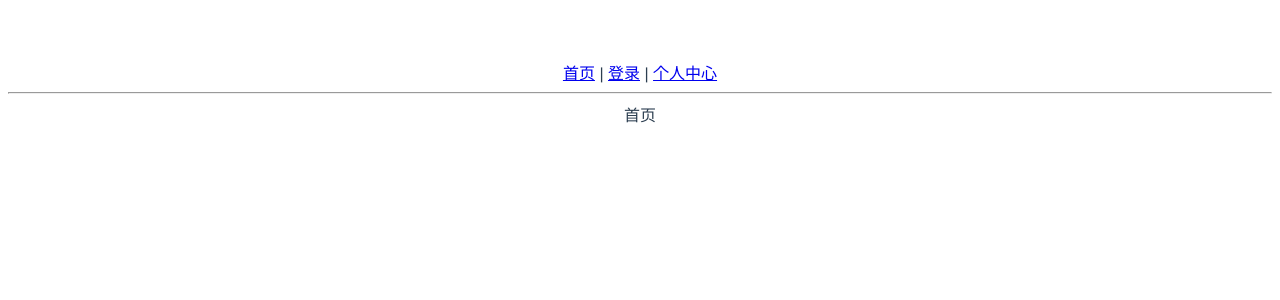
Repository: Susa3n/vue_routerLesson
Page: /
The author's editor kept a copy of each file at every save. The page is drawn from the files as they stood at one save, then again after the next save.
The browser window is 1280 px wide. The pictures show the whole page.
The project was rebuilt for these pictures with package versions that can differ from the ones it lists, and the page was loaded fresh each time. Also part of the build but not shown: src/views/Login.vue, src/views/Profile.vue.

Above is the page before, as saved 2022-02-17 17:45:56.

### src/main.js
import Vue from 'vue'
import App from './App.vue'
import router from './router'
import store from './store'
import ElementUI from 'element-ui';
import 'element-ui/lib/theme-chalk/index.css';
Vue.use(ElementUI);

Vue.config.productionTip = false
Vue.prototype.$bus = new Vue()

// 路由的渲染流程 钩子的执行顺序
new Vue({
  name: 'main',
  store,
  router,
  render: h => h(App)
}).$mount('#app')

### src/App.vue
<template>
  <div id="app">
    <div>
      <router-link to="/">首页</router-link> |
      <router-link to="/login">登录</router-link> |
      <router-link to="/profile">个人中心</router-link>
    </div>
    <hr/>
    <router-view></router-view>
  </div>
</template>

<script>
import { getTest } from '@/api/index.js'
export default {
  name: "app",
};
</script>

<style>
#app {
  font-family: "Avenir", Helvetica, Arial, sans-serif;
  -webkit-font-smoothing: antialiased;
  -moz-osx-font-smoothing: grayscale;
  text-align: center;
  color: #2c3e50;
  margin-top: 60px;
}
</style>

### src/router/index.js
import Vue from 'vue'
import Router from 'vue-router'
import Home from '@/views/Home.vue'
import Login from '@/views/Login.vue'
import Profile from '@/views/Profile.vue'
Vue.use(Router)


export default new Router({ // 默认导出 首页和404页面
  mode: 'history',
  base: process.env.BASE_URL,
  routes: [
    {
      path: '/',
      name: 'home',
      component: Home,
    },
    {
      path: '/login',
      name: 'login',
      component: Login,
    },
    {
      path: '/profile',
      name: 'profile',
      component: Profile,
    },
  ]
})

### src/store/index.js
import Vuex from 'vuex'
import vue from 'vue'
import { login } from '@/api'
vue.use(Vuex)



export default new Vuex.Store({
  state: {
   userName:""
  },
  mutations: {
    setUserName(state, userName) {
      state.userName = userName
    }
  },
  actions: {
    async login({commit},username) {
      const r = await login({username})
      if(r.code === 1) {
        return Promise.reject(r)
      }else {
        commit('setUserName',r.username)
        localStorage.setItem('token',r.token)
      }
    }
  }
})

### src/api/index.js
import request from '@/utils/request'
export function getTest() {
  return request({
    url: '/test',
    method: 'get'
  })
}


export function login(data) {
  return request({
    url: '/login',
    method: 'post',
    data
  })
}

### src/views/Home.vue
<template>
  <div class="home">
      首页
  </div>
</template>
<script>
export default {
  name: 'Home',
};
</script>

### src/utils/request.js
import axios from 'axios'




const instance = axios.create({
  baseURL: process.env.NODE_ENV == 'development' ? 'http://localhost:3000' : '/',
  timeout: 3000
})

instance.interceptors.request.use((config) => {
  config.headers.Authorization = localStorage.getItem('token')
  return config
}, (error) => {
  return Promise.reject(error)
})

instance.interceptors.response.use((response) => {
  return response.data
}, (error) => {
  return Promise.reject(error)
})

export default instance

Loaded but not shown: public/index.html (common file)

After the next save:
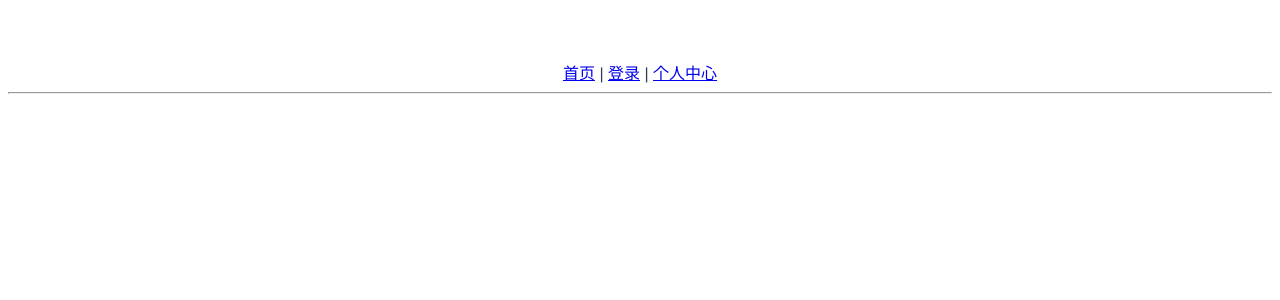
Saved 105 s later.
--- a/src/main.js
+++ b/src/main.js
@@ -10,6 +10,9 @@
 Vue.prototype.$bus = new Vue()
 
 // 路由的渲染流程 钩子的执行顺序
+router.beforeEach((to,from,next) => {
+
+})
 new Vue({
   name: 'main',
   store,
